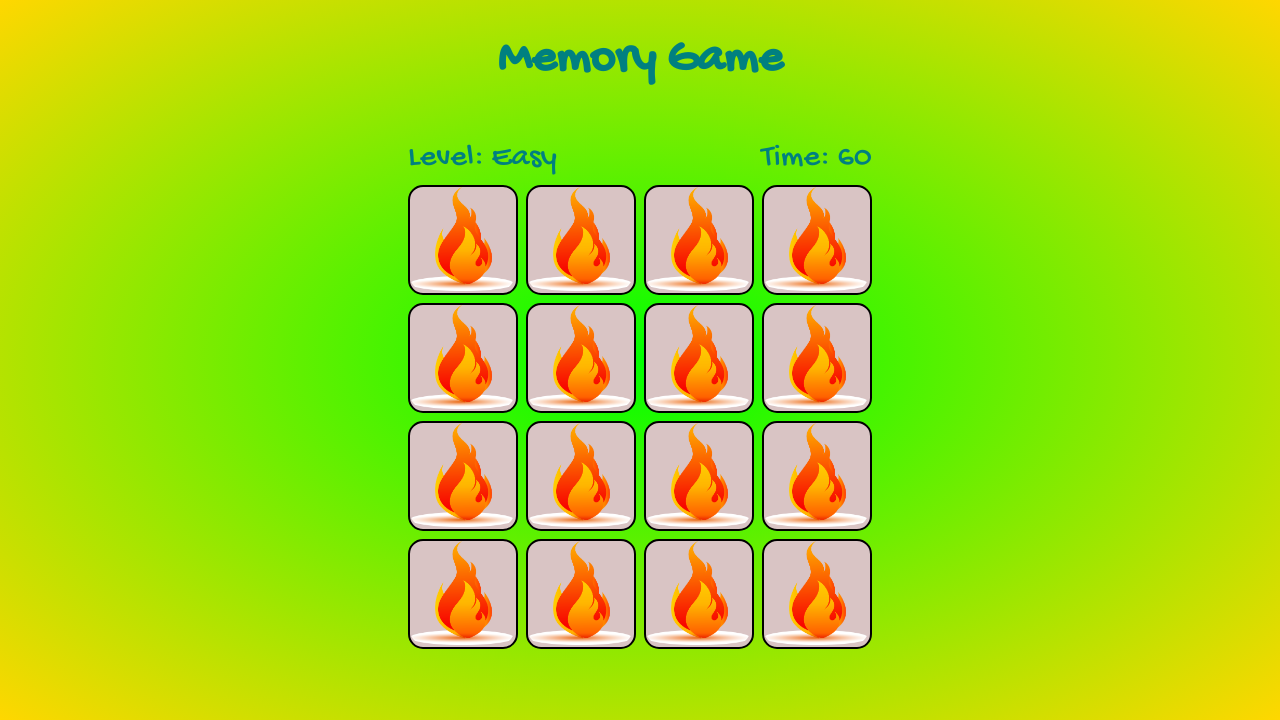
Repository: lauramika/Memory-Game
Page: index.html
The author's editor kept a record of every edit. The page is drawn from the files as they stood at one moment, then again after the next edit.
The browser window is 1280 px wide. The pictures show the whole page.
Pictures or frames that could not be fetched are drawn as grey boxes.

Above is the page before.

### index.html
<!DOCTYPE html>
<html lang = 'en'>
    <head>
        <link rel="stylesheet" href="style.css" type="text/css" />
        <title>Memory Game</title>
    </head>
    <body>
        <h1 class="title-game">Memory Game</h1>
        <div class="main-container">
            <div class= "rules-container">
                <div class="level-container">
                    Level: <span id="level">Easy</span>
                </div>
                <div class="time-container">
                    Time: <span id="time-left">60</span>
                </div>
            </div>
            <div class="cards">
                <div class="back-face">
                   <img src="images/flame.png"></img>
                </div>
                <div class="front-face">
                    <img src="images/camera.png"></img>
                </div>
            </div>
            <div class="cards">
                <div class="back-face">
                   <img src="images/flame.png"></img>
                </div>
                <div class="front-face">
                    <img src="images/bomb.png"></img>
                </div>
            </div>
            <div class="cards">
                <div class="back-face">
                   <img src="images/flame.png"></img>
                </div>
                <div class="front-face">
                    <img src="images/bomb.png"></img>
                </div>
            </div>
            <div class="cards">
                <div class="back-face">
                   <img src="images/flame.png"></img>
                </div>
                <div class="front-face">
                    <img src="images/garfield.jpg"></img>
                </div>
            </div>
            <div class="cards">
                <div class="back-face">
                   <img src="images/flame.png"></img>
                </div>
                <div class="front-face">
                    <img src="images/garfield.jpg"></img>
                </div>
            </div>
            <div class="cards">
                <div class="back-face">
                   <img src="images/flame.png"></img>
                </div>
                <div class="front-face">
                    <img src="images/ladybug.jpg"></img>
                </div>
            </div>
            <div class="cards">
                <div class="back-face">
                   <img src="images/flame.png"></img>
                </div>
                <div class="front-face">
                    <img src="images/ladybug.jpg"></img>
                </div>
            </div>
            <div class="cards">
                <div class="back-face">
                   <img src="images/flame.png"></img>
                </div>
                <div class="front-face">
                    <img src="images/mosquito.png"></img>
                </div>
            </div>
            <div class="cards">
                <div class="back-face">
                   <img src="images/flame.png"></img>
                </div>
                <div class="front-face">
                    <img src="images/musquito.png"></img>
                </div>
            </div>
            <div class="cards">
                <div class="back-face">
                   <img src="images/flame.png"></img>
                </div>
                <div class="front-face">
                    <img src="images/sponge.png"></img>
                </div>
            </div>
            <div class="cards">
                <div class="back-face">
                   <img src="images/flame.png"></img>
                </div>
                <div class="front-face">
                    <img src="images/sponge.png"></img>
                </div>
            </div>
            <div class="cards">
                <div class="back-face">
                   <img src="images/flame.png"></img>
                </div>
                <div class="front-face">
                    <img src="images/sun.png"></img>
                </div>
            </div>
            <div class="cards">
                <div class="back-face">
                   <img src="images/flame.png"></img>
                </div>
                <div class="front-face">

                </div>
            </div>
            <div class="cards">
                <div class="back-face">
                   <img src="images/flame.png"></img>
                </div>
                <div class="front-face">

                </div>
            </div>
            <div class="cards">
                <div class="back-face">
                   <img src="images/flame.png"></img>
                </div>
                <div class="front-face">

                </div>
            </div>
            <div class="cards">
                <div class="back-face">
                   <img src="images/flame.png"></img>
                </div>
                <div class="front-face">

                </div>
            </div>
        </div>
    </body>
</html>

### style.css
@import url('https://fonts.googleapis.com/css?family=Gochi+Hand&display=swap');
* {
    box-sizing: border-box;
}
html {
    min-height: 100vh;
}
body {
    margin: 0;
    background: radial-gradient(lime, gold);
    font-family: 'Gochi Hand', cursive;
}
.title-game {
    color: teal;
    text-align: center;
    font-size: 3em;
}
.main-container {
    color: teal;
    font-size: 2em;
}
.rules-container {
    grid-column: 1 / -1;
    display: flex;
    justify-content: space-between;
}
.main-container {
    display: grid;
    grid-template-columns: repeat(4, auto);
    grid-gap: 8px;
    margin: 50px;
    justify-content: center;

}

.cards {
    background-color: #D9C4C4;
    height: 110px;
    width: 110px;
    border-radius: 15px;
    transition: transform .2s;
    border: 2px solid black;
}
.cards:hover {
    transform: scale(1.05);
}

img {
    height: 104px;
    width: 104px;
    border-radius: 15px;
}

After the next edit:
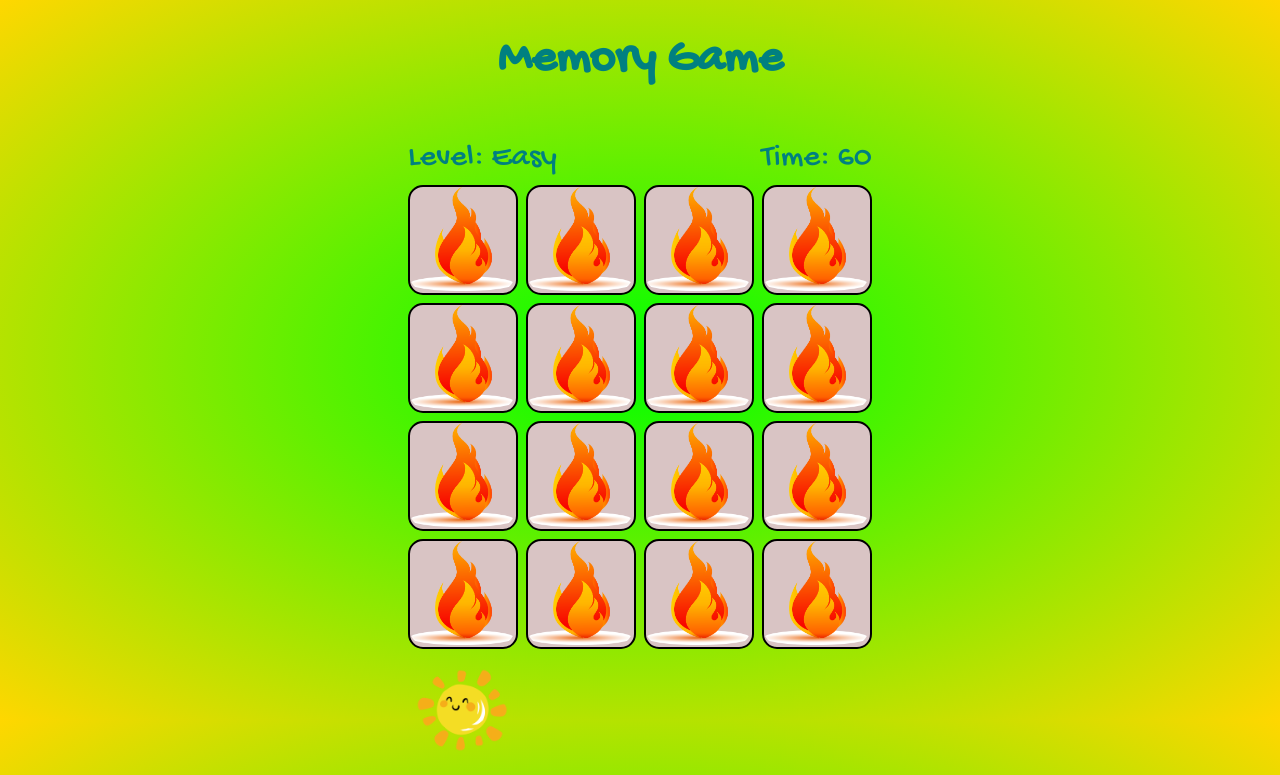
The edit:
--- a/index.html
+++ b/index.html
@@ -116,7 +116,7 @@
                    <img src="images/flame.png"></img>
                 </div>
                 <div class="front-face">
-
+                    <img src="images/sun.png"></img>
                 </div>
             </div>
             <div class="cards">
